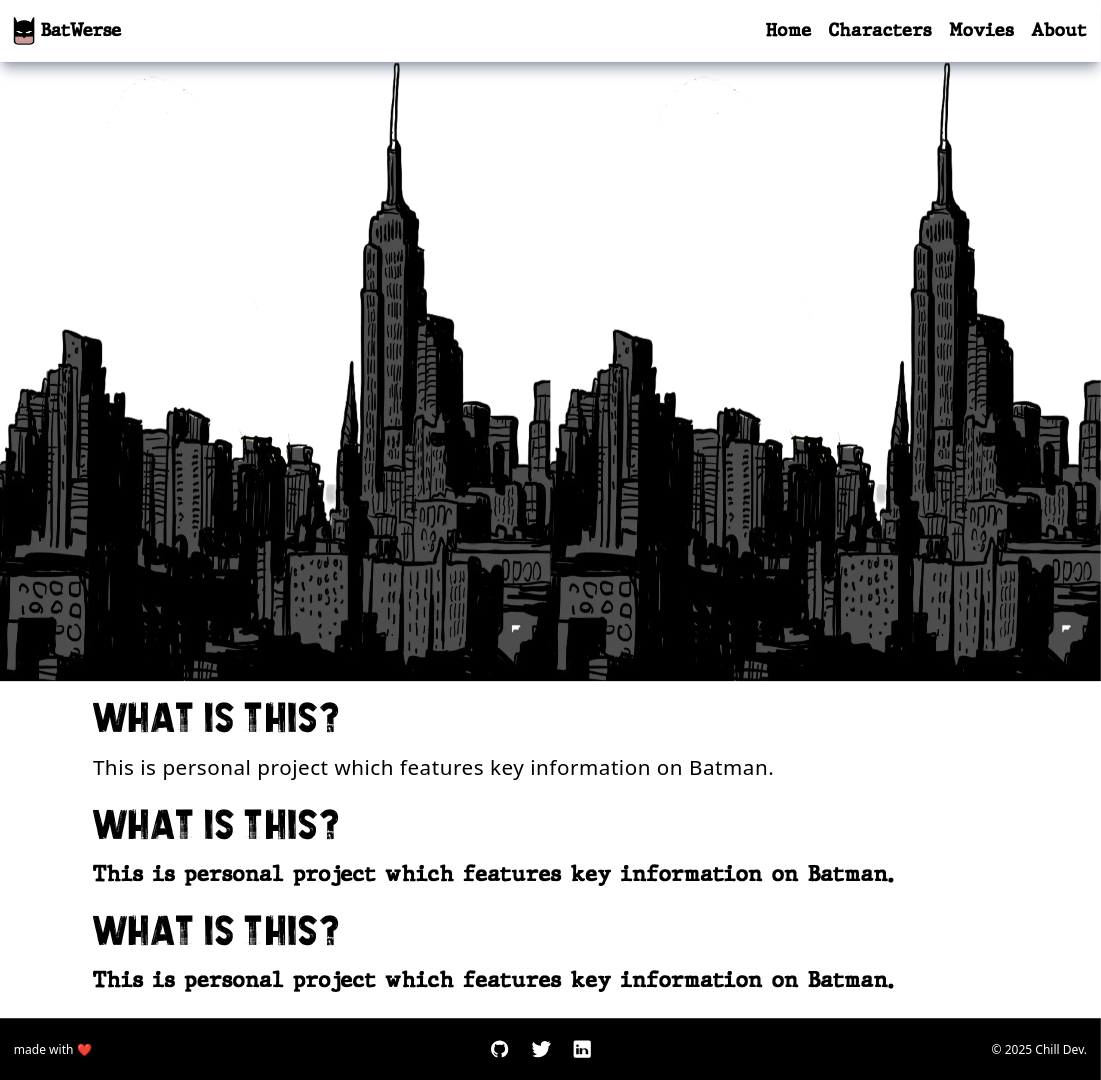
Repository: pgyunknown/project_Batman
Page: /
These files come from the project's save history. The page is drawn as it stood at one moment and after the next save; the edit follows.
The browser window is 1280 px wide. The pictures show the whole page, at 86% of full size.
Some web fonts or font styles are not loaded; a fallback is used. The project was rebuilt for these pictures with package versions that can differ from the ones it lists, and the page was loaded fresh each time. Also part of the build but not shown: vite.config.js, src/pages/Characters.jsx, src/pages/Movies.jsx, src/pages/About.jsx.

Above is the page before, as saved 2025-03-19 21:02:41.

### src/main.jsx
import { StrictMode } from 'react'
import { createRoot } from 'react-dom/client'
import './index.css'
import App from './App.jsx'
import { BrowserRouter } from 'react-router-dom'
import MoviesDataProvider from './data/MoviesContextData.jsx'
import CharDataProvider from './data/CharContextData.jsx'

createRoot(document.getElementById('root')).render(
  <BrowserRouter>
    <MoviesDataProvider>
      <CharDataProvider>
        <App/>
        </CharDataProvider>
    </MoviesDataProvider>
  </BrowserRouter>
)

### src/index.css
@import url('https://fonts.googleapis.com/css2?family=Montaga&family=Titillium+Web:ital,wght@0,200;0,300;0,400;0,600;0,700;0,900;1,200;1,300;1,400;1,600;1,700&display=swap');

@font-face {
    font-family: "Batman";
    src: url("src/fonts/JMH Typewriter-Black.otf") format("opentype");
}

@font-face {
    font-family: "Rushford";
    src: url("src/fonts/Rushford Printed.otf") format("opentype");
}

@font-face {
    font-family: "Personal";
    src: url("src/fonts/Personal Services.ttf") format("truetype");
}

@font-face {
    font-family: "HeadingNow";
    src: url("src/fonts/HeadingNowTrial-04Regular.ttf");
}

@font-face {
    font-family: "American";
    src: url("src/fonts/American Captain.otf");
}

@font-face {
    font-family: "Inter";
    src: url("src/fonts/Inter-VariableFont_opsz,wght.ttf");
}


@import "tailwindcss";

@theme{
    --font-batmanFont: "Batman", sans-serif;
    --font-web: Titillium Web, "sans-serif";
    --font-doto: Doto, sans-serif;
    --font-rushford : Rushford,"sans-serif";
    --font-personal : Personal,"sans-serif";
    --font-heading:HeadingNow,"sans-serif";
    --font-american:American,"sans-serif";
    --font-inter:Inter,"sans-serif";
}

### src/App.jsx
import { Route, Routes } from "react-router-dom";
import Header from "./components/Header";
import Home from "./pages/Home";
import Characters from "./pages/Characters";
import Movies from "./pages/Movies";
import About from "./pages/About";
import Footer from "./components/Footer";



const App = () => {
  return (
    <>
    <Header></Header>

      <Routes>
        <Route path="/" element={<Home/>}></Route>
        <Route path="/Characters" element={<Characters/>}></Route>
        <Route path="/Movies" element={<Movies />}></Route>
        </Routes>
      <Footer></Footer>
    </>
  );
}

export default App

### src/data/MoviesContextData.jsx
import React from 'react'
import { createContext } from 'react';
import App from '../App';

  export const MovieDataContext = createContext();

const MoviesDataProvider = ({ children }) => {
const movies = [
  {
    "title": "Batman: The Movie",
    "year": 1966,
    "director": "Leslie H. Martinson",
    "type": "Live-Action",
    "poster": "public/Batman1966.jpg",
    "rating": 6.5,
    "trailer": "https://youtu.be/TdG2V4vhPjg?si=4gb9nQj87XjFFF5h"
  },
  {
    "title": "Batman",
    "year": 1989,
    "director": "Tim Burton",
    "type": "Live-Action",
    "poster": "public/Batman1989.jpg",
    "rating": 7.5,
    "trailer": "https://youtu.be/dgC9Q0uhX70?si=pfMCoPX4PSPvW1a7"
  },
  {
    "title": "Batman Returns",
    "year": 1992,
    "director": "Tim Burton",
    "type": "Live-Action",
    "poster": "public/BatmanReturns.jpg",
    "rating": 7.1,
    "trailer": "https://youtu.be/repBHGIny0c?si=GtSZZTmQY5YuPTcJ"
  },
  {
    "title": "Batman: Mask of the Phantasm",
    "year": 1993,
    "director": "Eric Radomski, Bruce Timm",
    "type": "Animated",
    "poster": "public/Batman_mask_of_the_phantasm.jpg",
    "rating": 7.8,
    "trailer": "https://youtu.be/imtYrQEZ4H8?si=7nnq-efhg3wbCFPN"
  },
  {
    "title": "Batman Forever",
    "year": 1995,
    "director": "Joel Schumacher",
    "type": "Live-Action",
    "poster": "public/Batman_Forever_poster.png",
    "rating": 5.4,
    "trailer": "https://youtu.be/ROLvjRB4E_Q?si=qPgISb9PCPN-YFEI"
  },
  {
    "title": "Batman & Robin",
    "year": 1997,
    "director": "Joel Schumacher",
    "type": "Live-Action",
    "poster": "public/Batman_&_Robin.jpg",
    "rating": 3.7,
    "trailer": "https://youtu.be/vHoCb78b97A?si=Zfa3RYv36ES8baUg"
  },
  {
    "title": "Batman Begins",
    "year": 2005,
    "director": "Christopher Nolan",
    "type": "Live-Action",
    "poster": "public/Batman_Begins.jpg",
    "rating": 8.2,
    "trailer": "https://youtu.be/qHhHIbNuok8?si=1Gx6gT5VXzpfr3cm"
  },
  {
    "title": "The Dark Knight",
    "year": 2008,
    "director": "Christopher Nolan",
    "type": "Live-Action",
    "poster": "public/The_Dark_Knight.jpg",
    "rating": 9.0,
    "trailer": "https://youtu.be/EXeTwQWrcwY?si=jm1wxVJ8UWzOz0uy"
  },
  {
    "title": "The Dark Knight Rises",
    "year": 2012,
    "director": "Christopher Nolan",
    "type": "Live-Action",
    "poster": "public/Dark_knight_rises.jpg",
    "rating": 8.4,
    "trailer": "https://youtu.be/g8evyE9TuYk?si=w-kE5NZj5gE4Pf3f"
  },
  {
    "title": "Batman v Superman: Dawn of Justice",
    "year": 2016,
    "director": "Zack Snyder",
    "type": "Live-Action",
    "poster": "public/Batman_v_Superman_Dawn_of_Justice.jpg",
    "rating": 6.4,
    "trailer": "https://youtu.be/0WWzgGyAH6Y?si=v3P8qx-550BwJkFd"
  },
  {
    "title": "The Lego Batman Movie",
    "year": 2017,
    "director": "Chris McKay",
    "type": "Animated",
    "poster": "public/The_Lego_Batman_Movie.jpg",
    "rating": 7.3,
    "trailer": "https://youtu.be/zhIRbLHVD8o?si=ZEZxlmZ5Ggvd7l0j"
  },
  {
    "title": "Batman and Harley Quinn",
    "year": 2017,
    "director": "Sam Liu",
    "type": "Animated",
    "poster": "public/Batman_Harly_Queen.jpg",
    "rating": 5.9,
    "trailer": "https://youtu.be/z0pI8TT9AZ0?si=LLQY_2KE5143wwRL"
  },
  {
    "title": "The Batman",
    "year": 2022,
    "director": "Matt Reeves",
    "type": "Live-Action",
    "poster": "public/The_Batman.jpg",
    "rating": 7.9,
    "trailer": "https://youtu.be/mqqft2x_Aa4?si=RHrFASm1bH8ZrcCo"
  }
];


  return (
    <MovieDataContext.Provider value={{ movies }}>
      {children}
  </MovieDataContext.Provider>
  )
}



export default MoviesDataProvider

### src/data/CharContextData.jsx
import { createContext, useContext } from "react";

export const CharDataContext = createContext();
const CharDataProvider = ({ children }) => {

const coreCharacters = [
  {
    "name": "Bruce Wayne",
    "alias": "Batman",
    "firstAppearance": "Detective Comics #27 (1939)",
    "affiliation": ["Justice League", "Bat-Family"],
    "abilities": ["Peak human condition", "Martial arts master", "Genius-level intellect", "Expert detective", "High-tech gadgets"],
    "notableStorylines": ["Year One", "The Dark Knight Returns", "Hush", "The Killing Joke"],
    "iconicQuotes": ["It's not who I am underneath, but what I do that defines me."],
    "image": "public/BatmanDp.webp"
  },
  {
    "name": "Dick Grayson",
    "alias": "Robin / Nightwing",
    "firstAppearance": "Detective Comics #38 (1940)",
    "affiliation": ["Teen Titans", "Justice League", "Bat-Family"],
    "abilities": ["Master acrobat", "Skilled martial artist", "Leadership", "Expert detective"],
    "notableStorylines": ["The Judas Contract", "Batman: Prodigal", "Nightwing: Year One"],
    "iconicQuotes": ["Batman taught me everything except how to let someone else in."],
    "image": "public/Dick _Grayson.webp"
  },
  {
    "name": "Selina Kyle",
    "alias": "Catwoman",
    "firstAppearance": "Batman #1 (1940)",
    "affiliation": ["Bat-Family", "Gotham's criminal underworld"],
    "abilities": ["Expert thief", "Martial artist", "Agility and acrobatics", "Skilled whip user"],
    "notableStorylines": ["Hush", "Batman: Year One", "Catwoman: When in Rome"],
    "iconicQuotes": ["I am Catwoman. Hear me roar."],
    "image": "public/Catwoman.jpg"
  },
  {
    "name": "Joker",
    "alias": "Clown Prince of Crime",
    "firstAppearance": "Batman #1 (1940)",
    "affiliation": ["Gotham's criminal underworld"],
    "abilities": ["Criminal mastermind", "Chemistry and engineering", "Psychological manipulation", "High unpredictability"],
    "notableStorylines": ["The Killing Joke", "Death of the Family", "A Death in the Family"],
    "iconicQuotes": ["Why so serious?", "All it takes is one bad day."],
    "image": "public/Joker.png"
  },
  {
    "name": "Bane",
    "alias": "The Man Who Broke the Bat",
    "firstAppearance": "Batman: Vengeance of Bane #1 (1993)",
    "affiliation": ["League of Assassins"],
    "abilities": ["Superhuman strength (with Venom)", "Genius-level strategist", "Skilled hand-to-hand combatant"],
    "notableStorylines": ["Knightfall", "Bane of the Demon"],
    "iconicQuotes": ["I will break you, Batman."],
    "image": "./Bane.png"
  },
  {
    "name": "Two-Face",
    "alias": "Harvey Dent",
    "firstAppearance": "Detective Comics #66 (1942)",
    "affiliation": ["Gotham's criminal underworld"],
    "abilities": ["Expert strategist", "Marksmanship", "Knowledge of the law"],
    "notableStorylines": ["The Long Halloween", "Dark Victory"],
    "iconicQuotes": ["Two minds are better than one."],
    "image": "public/TwoFace.png"
  },
  {
    "name": "Ra's al Ghul",
    "alias": "The Demon's Head",
    "firstAppearance": "Batman #232 (1971)",
    "affiliation": ["League of Assassins"],
    "abilities": ["Immortality (via Lazarus Pit)", "Master tactician", "Skilled martial artist"],
    "notableStorylines": ["Son of the Demon", "Birth of the Demon"],
    "iconicQuotes": ["Detective, join me, and we can save the world."],
    "image": "public/Ra's_al_Ghul.png"
  },
  {
    "name": "Harley Quinn",
    "alias": "Dr. Harleen Quinzel",
    "firstAppearance": "Batman: The Animated Series (1992)",
    "affiliation": ["Gotham's criminal underworld", "Suicide Squad"],
    "abilities": ["Psychiatric expertise", "Gymnastics", "Immunity to toxins"],
    "notableStorylines": ["Mad Love", "Harley Quinn: Breaking Glass"],
    "iconicQuotes": ["I'm not just a sidekick, puddin'."],
    "image": "public/HarleyQuinn.jpg"
  },
  {
    "name": "Scarecrow",
    "alias": "Dr. Jonathan Crane",
    "firstAppearance": "World's Finest Comics #3 (1941)",
    "affiliation": ["Gotham's criminal underworld"],
    "abilities": ["Expert in fear psychology", "Use of fear toxins"],
    "notableStorylines": ["Fear State", "As the Crow Flies"],
    "iconicQuotes": ["I am fear incarnate."],
    "image": "public/Scarecrow.png"
  },
  {
    "name": "Poison Ivy",
    "alias": "Pamela Isley",
    "firstAppearance": "Batman #181 (1966)",
    "affiliation": ["Gotham's criminal underworld", "Birds of Prey"],
    "abilities": ["Control over plants", "Toxic immunity", "Seductive manipulation"],
    "notableStorylines": ["Hush", "Cycle of Life and Death"],
    "iconicQuotes": ["Nature always wins."],
    "image": "public/Poison_Ivy.png"
  }
];

  return (
    <CharDataContext.Provider value={{coreCharacters}}>
      {children}
    </CharDataContext.Provider>
  )
}

export default CharDataProvider

### src/components/Header.jsx
  // import React from 'react'
  // import { useState } from 'react'

  // const Header = () => {
  //   const [mobileOpen, setMobileOpen] = useState(false)

  //   const toggleButton = () => {
  //     setMobileOpen(!mobileOpen);
  //   }
  //   return (
  //     <>
  //       <nav className='sticky z-50 top-0 py-5  drop-shadow-2xl'>
  //         <div className='container px-4 mx-auto relative text-sm'>
  //           <div className='flex justify-center items-center '>
  //             <div className='flex items-center flex-shrink-0'>
  //               <img className='h-8 w-6 mr-2' src='/BatLogo.png' />
  //               <span className='text-xl tracking-tight'>BatWerse</span>
  //             </div>
  //             <ul className='hidden lg:flex md:flex ml-5 space-x-5'>
  //               <li>Home</li>
  //               <li>Chart</li>
  //               <li>Movies</li>
  //               <li>About</li>
  //             </ul>
  //             <div className='lg:hidden md:hidden sm:order-3'>
  //             <button onClick={toggleButton}>
  //               {mobileOpen ? (
  //                 <img src='/batOpen.png' alt='Open Icon' className='w-6 h-6' />
  //               ) : (
  //                 <img src='/batClose.png' alt='Close Icon' className='w-6 h-6' />
  //               )}
  //             </button>
  //           </div>
  //           </div>
  //         </div>
  //       </nav>
  //     </>
  //   )
  // }

  // export default Header

  import React, { useState } from 'react';
import { Link } from 'react-router-dom';

  const Header = () => {
    const [mobileOpen, setMobileOpen] = useState(false);

    const toggleButton = () => {
      setMobileOpen(!mobileOpen);
    };
    const closeMenu=()=>setMobileOpen(false);
    return (
      <nav className=' z-50 top-0 py-5 shadow-lg shadow-gray-400  bg-white '>
        <div className='container px-4 mx-auto relative text-sm'>
          <div className='flex justify-between items-center'>
            <div className='flex items-center flex-shrink-0 '>
              <Link to={'/'}><img className='h-8 w-6 mr-2' src='/batMan.png' alt='Logo' /></Link>
              <span className='sm:text-xl text-lg tracking-tight font-batmanFont'>BatWerse</span>
            </div>

            <ul className='hidden lg:flex md:flex  space-x-5 text-xl font-batmanFont'>
              <li><Link to='/'>Home</Link></li>
              <li><Link to='/Characters'>Characters</Link></li>
              <li><Link to='/Movies'>Movies</Link></li>
              <li><Link to='/About'>About</Link></li>
            </ul>

            <div className='lg:hidden md:hidden'>
              <button onClick={toggleButton} className="object-cover ">
                {mobileOpen ? (
                  <img src='/batOpen.png'  alt='Open Icon' className='h-12 w-8' />
                ) : (
                  <img src='/batClose.png' alt='Close Icon' className='h-8 w-8 ' />
                )}
              </button>
            </div>
          </div>
            {mobileOpen && (
            <div className='fixed right-0 z-100 bg-black lg:hidden md:hidden flex justify-center items-center w-full p-2  '>
              <ul className='flex flex-col text-white  space-y-2 tracking-widest font-thin font-batmanFont'>
              <li><Link to='/' onClick={closeMenu}>Home</Link></li>
              <li><Link to='/Characters' onClick={closeMenu}>Characters</Link></li>
              <li><Link to='/Movies' onClick={closeMenu}>Movies</Link></li>
              <li><Link to='/About' onClick={closeMenu}>About</Link></li>
              </ul>
            </div>
          )}
        </div>

      </nav>
    );
  };

  export default Header;

### src/pages/Home.jsx
import React from 'react'
import Header from '../components/Header'

const Home = () => {
  return (
    <>
    <div className="w-full sm:h-screen ">
      <img src="/bannerPic.webp" className="w-full  sm:h-[100vh] h-[50vh] " />
      </div>
      <div className='sm:my-5 sm:mx-25  my-5 mx-5'>
        <h1 className='sm:text-4xl sm:p-2 text-xl font-personal'>What is this?</h1>
        <p className='sm:text-2xl sm:p-2 text-sm tracking-wide ōfont-batmanFont'>
          This is personal project which features key information on Batman.
        </p>
      </div>
            <div className='sm:my-5 sm:mx-25 text-2xl my-5 mx-5'>
        <h1 className='sm:text-4xl sm:p-2 text-3xl font-personal'>What is this?</h1>
        <p className='sm:text-2xl sm:p-2 text-base font-batmanFont'>
          This is personal project which features key information on Batman.
        </p>
      </div>
            <div className='sm:my-5 sm:mx-25 text-2xl my-5 mx-5'>
        <h1 className='sm:text-4xl sm:p-2 text-3xl font-personal'>What is this?</h1>
        <p className='sm:text-2xl sm:p-2 text-base font-batmanFont'>
          This is personal project which features key information on Batman.
        </p>
      </div>

    </>
    )
}

export default Home

### src/components/Footer.jsx
import React from 'react'

const Footer = () => {
  return (
  <footer className="bg-black text-white py-6 md:mt-5 ">
  <div className="container mx-auto flex flex-col md:flex-row items-center justify-between px-4">
    <p className="mb-3 md:m-0 text-xs md:text-sm">made with ❤️</p>
    <div className="flex space-x-6">


      <a href="https://github.com/pgyunknown" target="_blank" className="hover:text-gray-400">
        <svg className="w-6 h-6" fill="currentColor" viewBox="0 0 24 24">
          <path d="M12 2C6.48 2 2 6.48 2 12c0 4.42 2.87 8.18 6.84 9.5.5.09.66-.22.66-.48v-1.7c-2.78.6-3.37-1.34-3.37-1.34-.45-1.16-1.1-1.47-1.1-1.47-.9-.62.07-.61.07-.61 1 .07 1.52 1.04 1.52 1.04.89 1.52 2.34 1.08 2.91.83.09-.64.35-1.08.63-1.33-2.22-.25-4.56-1.11-4.56-4.93 0-1.09.39-1.98 1.02-2.67-.1-.25-.44-1.27.1-2.65 0 0 .84-.27 2.75 1.02a9.43 9.43 0 012.5-.34c.85 0 1.71.11 2.5.34 1.91-1.29 2.75-1.02 2.75-1.02.54 1.38.2 2.4.1 2.65.64.69 1.02 1.58 1.02 2.67 0 3.84-2.34 4.68-4.57 4.93.36.31.68.91.68 1.84v2.73c0 .27.16.58.67.48A10.003 10.003 0 0022 12c0-5.52-4.48-10-10-10z"/>
        </svg>
      </a>


      <a href="https://x.com/cody_hunk?t=EkARfGCWhhBT_BHbby4DGw&s=08" target="_blank" className="hover:text-white">
        <svg className="w-6 h-6" fill="currentColor" viewBox="0 0 24 24">
          <path d="M23 4.5c-.8.4-1.6.7-2.5.8a4.4 4.4 0 001.9-2.4c-.9.5-1.8.9-2.8 1.1a4.4 4.4 0 00-7.5 4c-3.6-.2-6.8-1.9-8.9-4.4A4.3 4.3 0 002 6.6c0 1.5.8 2.9 2 3.6a4.3 4.3 0 01-2-.6v.1c0 2.1 1.4 3.8 3.2 4.2-.4.1-.9.2-1.4.2-.3 0-.7 0-1-.1.7 2 2.5 3.5 4.7 3.5A8.9 8.9 0 012 19.5a12.3 12.3 0 006.6 2c7.9 0 12.3-6.6 12.3-12.3v-.5c.9-.7 1.6-1.5 2.2-2.5z"/>
        </svg>
      </a>

      <a href="https://www.linkedin.com/in/p-gokul-yadav-82548a295?utm_source=share&utm_campaign=share_via&utm_content=profile&utm_medium=android_app" target="_blank" className="hover:text-blue-700">
        <svg className="w-6 h-6" fill="currentColor" viewBox="0 0 24 24">
          <path d="M20 2H4a2 2 0 00-2 2v16a2 2 0 002 2h16a2 2 0 002-2V4a2 2 0 00-2-2zM8 18H5v-7h3v7zM6.5 9.5a1.5 1.5 0 110-3 1.5 1.5 0 010 3zM19 18h-3v-4c0-1.1-.9-2-2-2s-2 .9-2 2v4h-3v-7h3v1a4 4 0 013-1.2c2.2 0 4 1.8 4 4v3z"/>
        </svg>
      </a>
    </div>
    <p className="mt-3 md:m-0 text-xs md:text-sm">&copy; 2025 Chill Dev.</p>
  </div>
</footer>

  )
}

export default Footer

Loaded but not shown: index.html (common file)

After the next save:
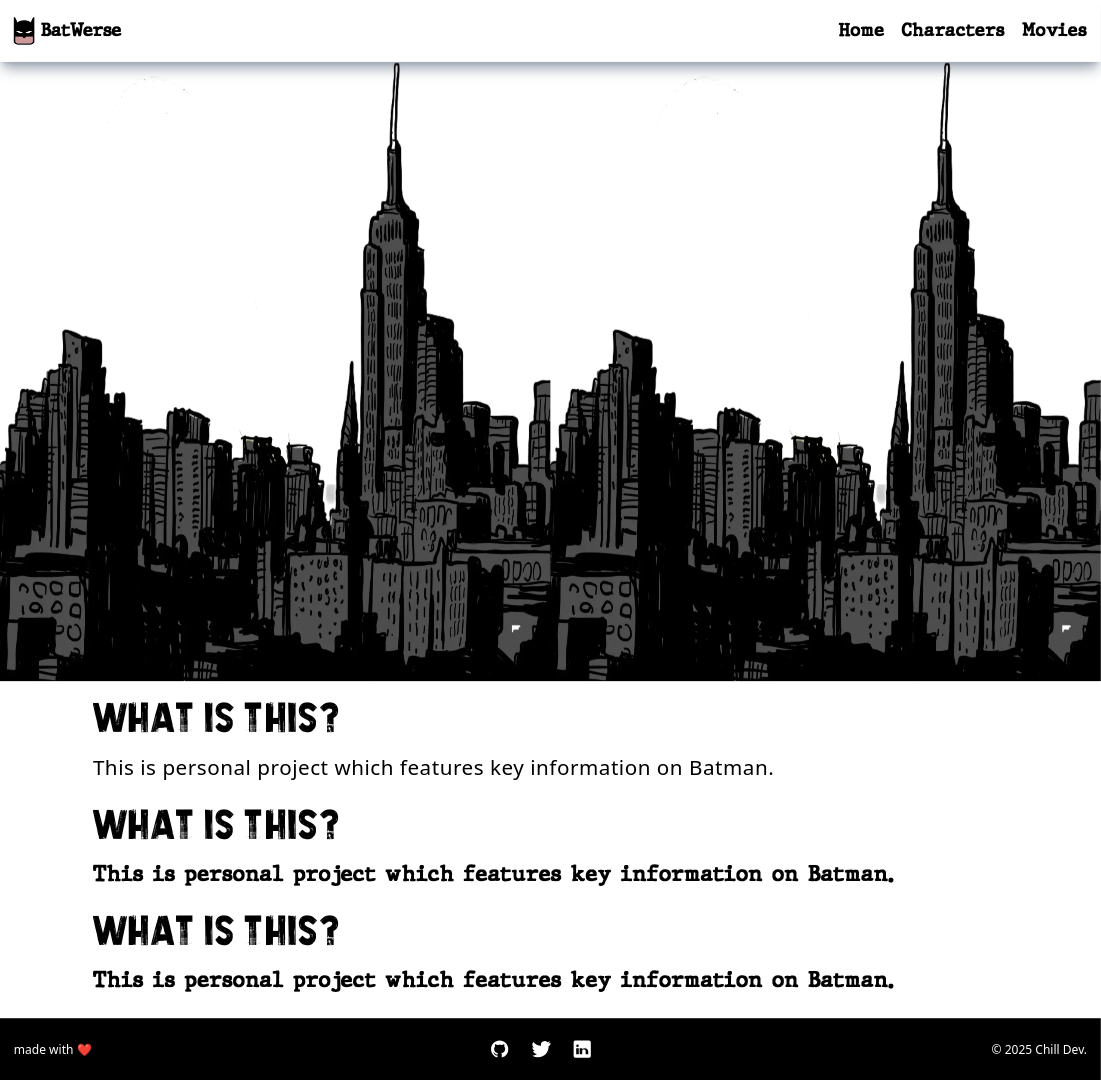
Saved 43 s later.
--- a/src/components/Header.jsx
+++ b/src/components/Header.jsx
@@ -63,7 +63,6 @@
               <li><Link to='/'>Home</Link></li>
               <li><Link to='/Characters'>Characters</Link></li>
               <li><Link to='/Movies'>Movies</Link></li>
-              <li><Link to='/About'>About</Link></li>
             </ul>
 
             <div className='lg:hidden md:hidden'>
